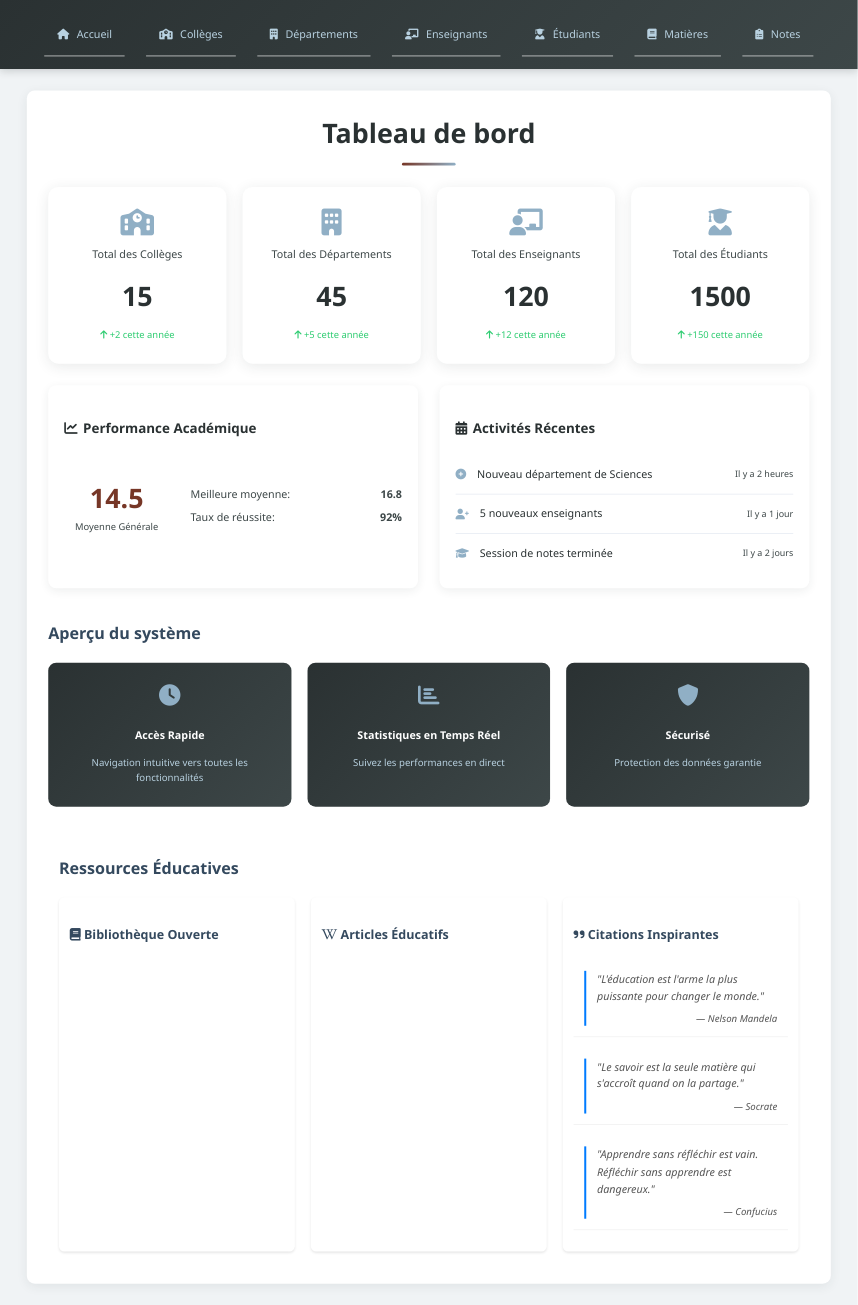
Repository: Ishimw3/college-management
Page: index.html
These files come from the project's save history. The page is drawn as it stood at one moment and after the next save; the edit follows.
The browser window is 1280 px wide. The pictures show the whole page, at 67% of full size.
The page's requests for data from a server got no answer.

Above is the page before, as saved 2025-03-03 20:04:39.
Console error: ReferenceError: UIManager is not defined

After the next save:
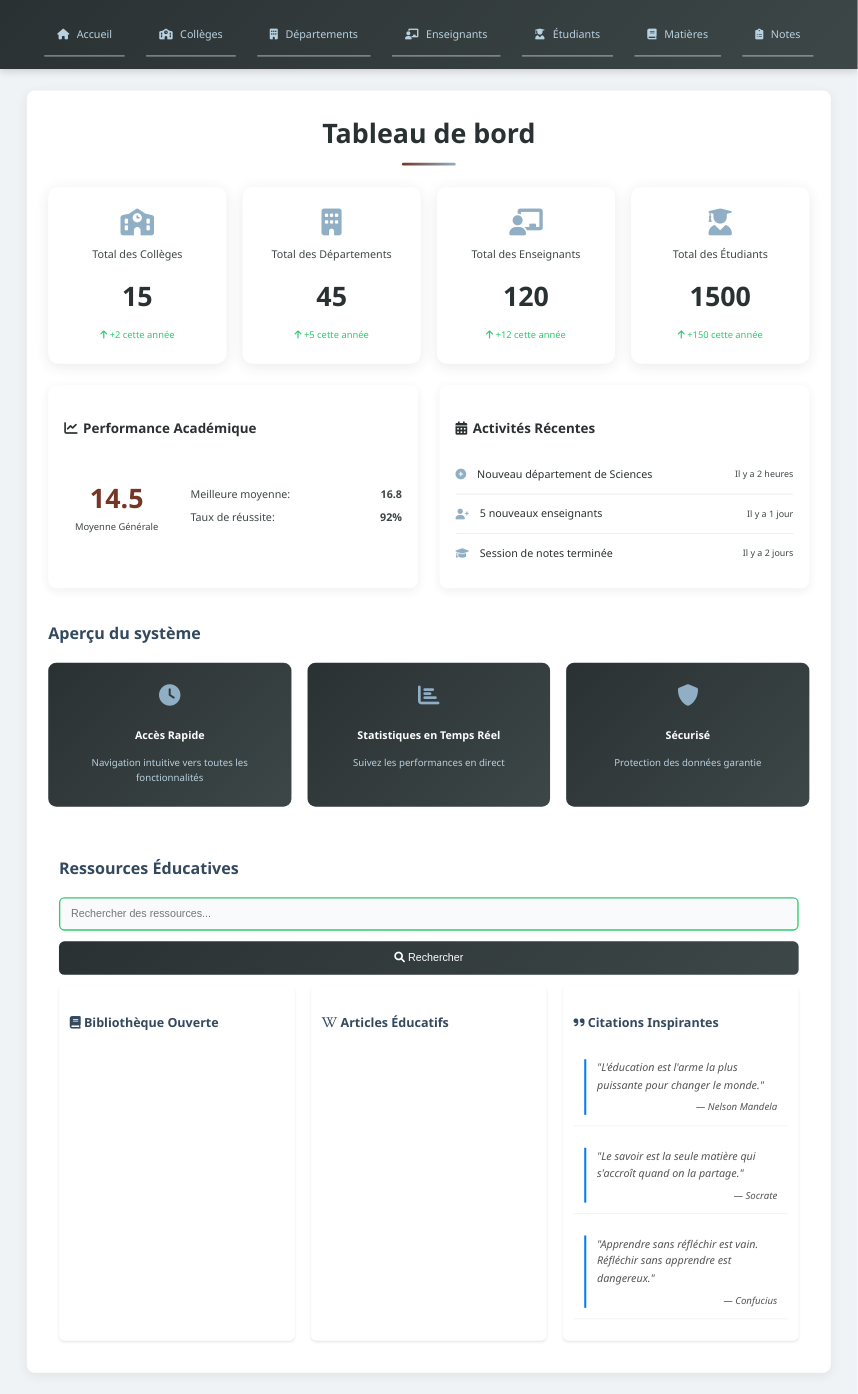
Saved 3 s later.
--- a/index.html
+++ b/index.html
@@ -136,6 +136,14 @@
         <!-- Ressources Éducatives -->
         <div class="educational-resources">
             <h2>Ressources Éducatives</h2>
+            <div class="search-container">
+                <form id="resourceSearchForm" onsubmit="return false;">
+                    <input type="text" id="searchInput" placeholder="Rechercher des ressources...">
+                    <button type="submit" id="searchButton">
+                        <i class="fas fa-search"></i> Rechercher
+                    </button>
+                </form>
+            </div>
             <div class="resources-grid">
                 <div class="resource-card open-library">
                     <h3><i class="fas fa-book"></i> Bibliothèque Ouverte</h3>
